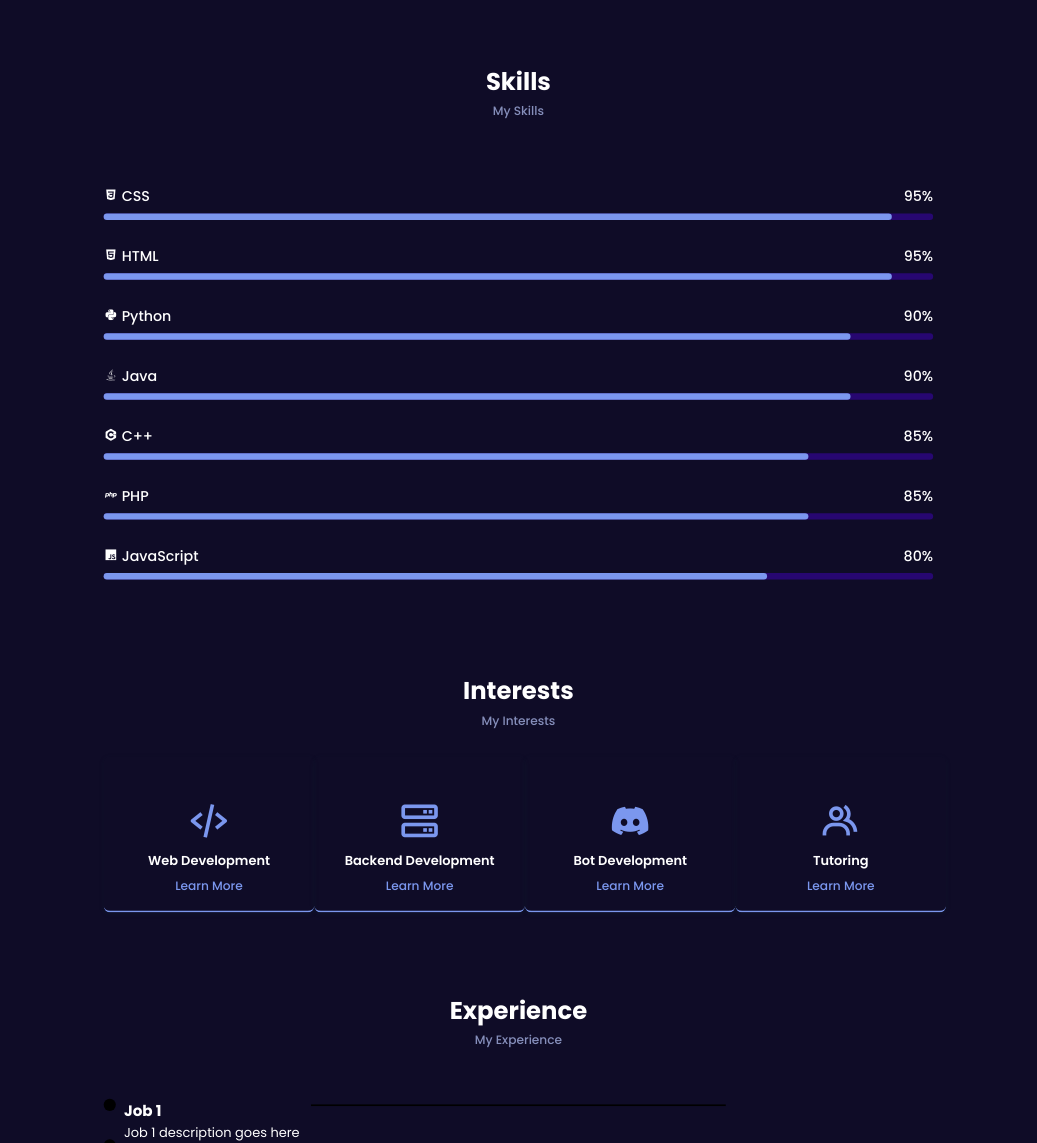
Repository: omkarxpatel/Omkar-Portfolio
Page: src/index.html
An editor plug-in stored every save of this project. The page is shown before and after the next save, followed by the edit.
The browser window is 1280 px wide. The pictures show the part of the page from y = 1239 to 2650 px (the page is 3147 px tall before and 3689 px after), at 81% of full size.
Pictures or frames that could not be fetched are drawn as grey boxes. A picture or video elsewhere on the page could not be fetched, so the positions and the page height are approximate.

Above is the page before, as saved 2023-03-26 13:13:05.

After the next save:
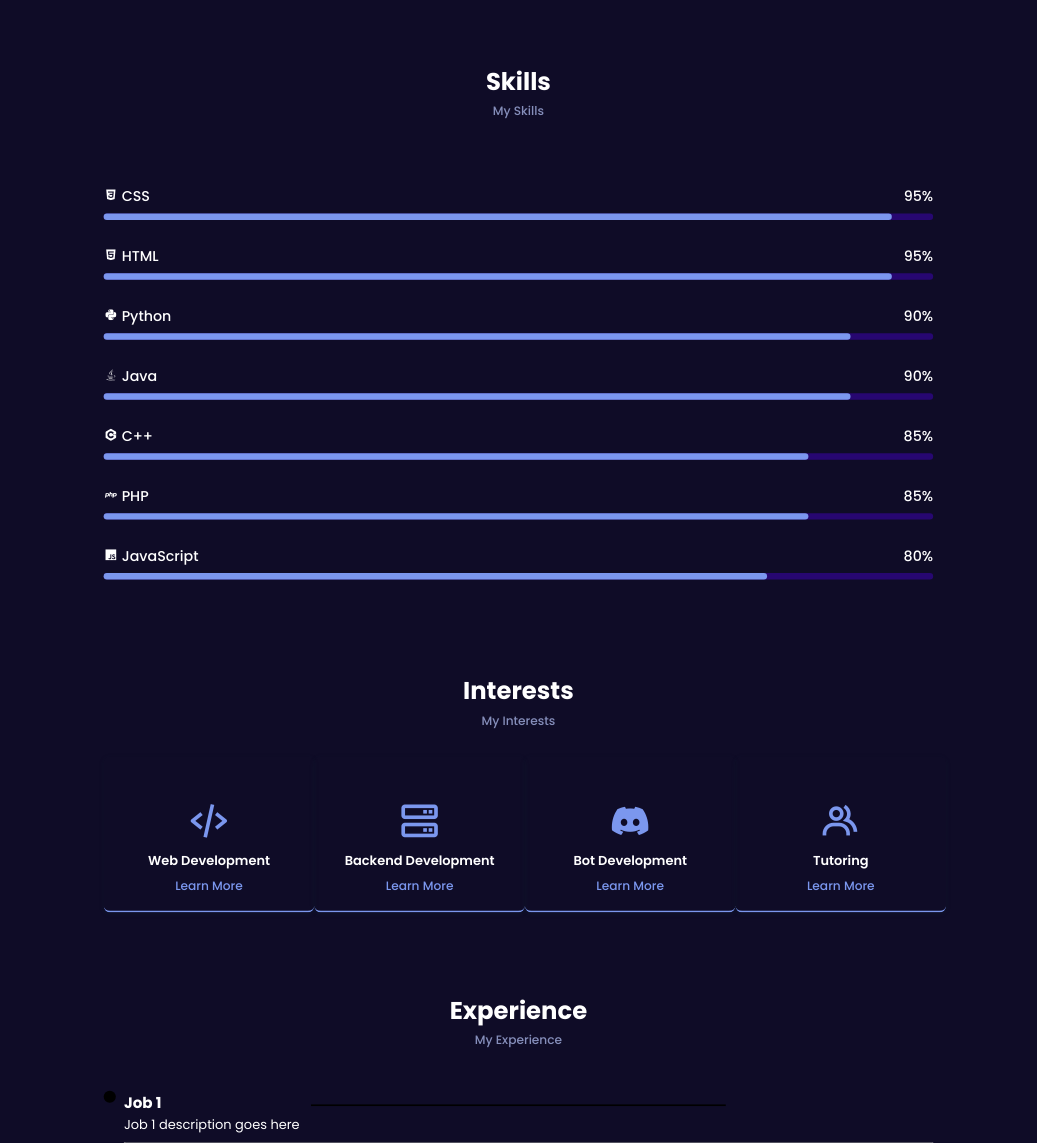
Saved 20 s later.
--- a/src/style.css
+++ b/src/style.css
@@ -597,10 +597,10 @@ form textarea {
   margin-top: 50px;
 }
 
-.timeline-item {
+/* .timeline-item {
   position: absolute;
   width: 50%;
-}
+} */
 
 .timeline-item:nth-child(odd) {
   top: 10px;
